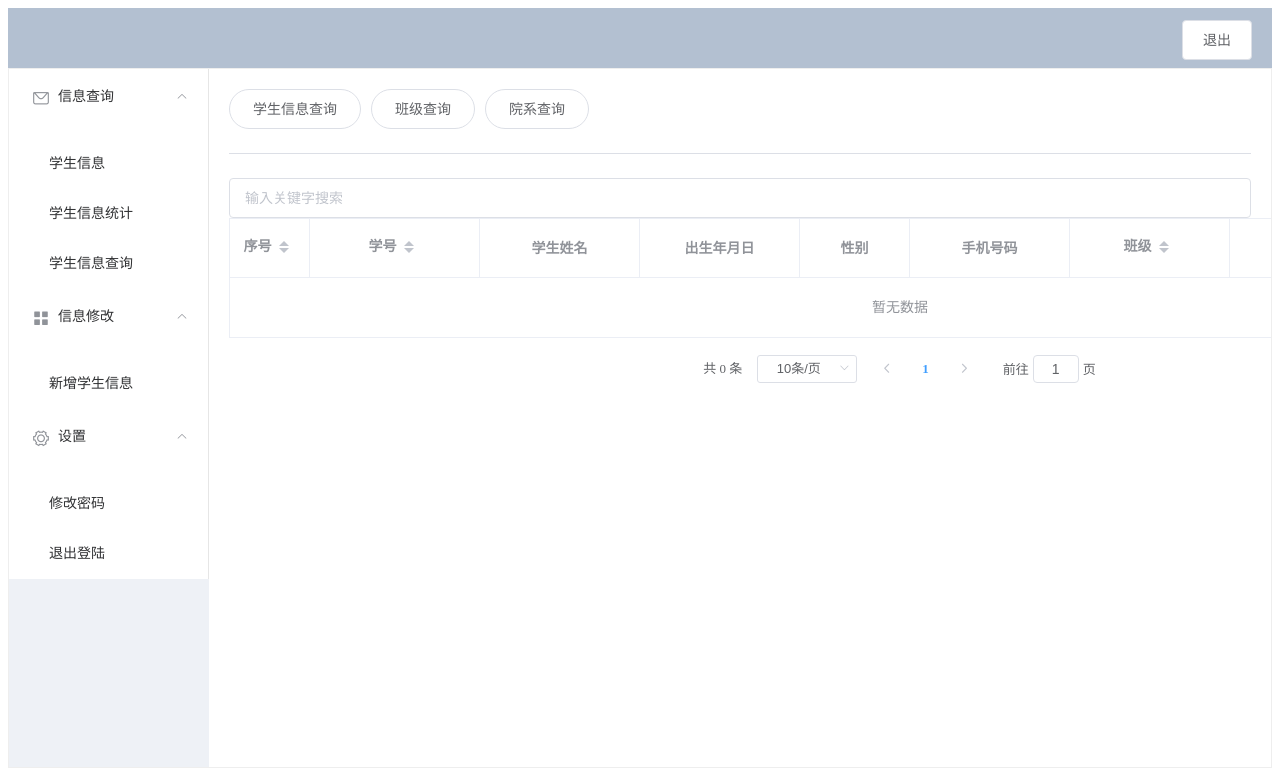
Repository: zhu-jun-xian/Student_information_management_system
Page: /selectstudent (app in front_end/front_end/)
These files come from the project's save history. The page is drawn as it stood at one moment and after a run of saves; the edit follows.
The browser window is 1280 px wide. The pictures show the whole page.
The page's requests for data from a server got no answer. The project was rebuilt for these pictures with package versions that can differ from the ones it lists, and the page was loaded fresh each time. No one was signed in, and anything a server would have sent is missing. Also part of the build but not shown: front_end/front_end/src/components/login.vue, front_end/front_end/src/components/register.vue.

Above is the page before, as saved 2020-11-23 19:15:58.

### front_end/front_end/index.html
<!DOCTYPE html>
<html>

<head>
    <meta charset="utf-8">
    <meta name="viewport" content="width=device-width,initial-scale=1.0">
    <script src="https://unpkg.com/axios/dist/axios.min.js"></script>
    <title>front_end</title>
</head>

<body>
    <div id="app"></div>
    <!-- built files will be auto injected -->
</body>

</html>

### front_end/front_end/src/App.vue
<template>
  <div id="app">

  <router-view/>
  </div>
</template>
<script>

export default {
  data(){
    return {

    }
  }

}
</script>

### front_end/front_end/src/components/User/selectstudent.vue
<template>
  <div class="hello">
    <div>
      <el-row>
        <el-button round  >学生信息查询</el-button>
        <el-button round   @click.native="selectclassVisible=true">班级查询</el-button>
        <el-button round   @click.native="selectgendVisible=true">院系查询</el-button> <el-divider></el-divider>
        <el-input  v-model="search" align="right" width="50px" placeholder="输入关键字搜索"/>
      </el-row>
    </div>
    <el-container>

   <div>
    <el-table border class="el-table-column" :data="stuData.slice((currentPage-1)*pageSize,currentPage*pageSize)" :default-sort = "{prop: 'date', order: 'descending'}" style="width: 100%" @row-click="rowclick">
      <el-table-column align="center" header-align="center" prop="stuNum" label="序号" width="80%" sortable></el-table-column>
      <el-table-column align="center" header-align="center" prop="stuID" label="学号"  width="170%" sortable></el-table-column>
      <el-table-column align="center" header-align="center" prop="stuName" label="学生姓名"  width="160%"></el-table-column>
      <el-table-column align="center" header-align="center" prop="stuBirth" label="出生年月日"  width="160%"></el-table-column>
      <el-table-column align="center" header-align="center" prop="stuSex" label="性别"  width="110%"></el-table-column>
      <el-table-column align="center" header-align="center" prop="stuTel" label="手机号码"  width="160%"></el-table-column>
      <el-table-column align="center" header-align="center" prop="stuClass" label="班级"  width="160%" sortable></el-table-column>
      <el-table-column align="center" header-align="center" prop="stuDep" label="系部"  width="160%" sortable></el-table-column>
      <el-table-column align="center" header-align="center" prop="" label="操作"  width="180%">
      <el-button
          size="mini"
          @click.native="UpdateVisible = true">Edit</el-button>

        <el-button
          size="mini"
          type="danger"
          @click.native.prevent="deleteRow()">Delete</el-button></el-table-column>
    </el-table>
    <div class="block" style="margin-top:15px;">
            <el-pagination align='center'
            @size-change="handleSizeChange"
            @current-change="handleCurrentChange"
            :current-page="currentPage"
            :page-sizes="[5,10,20,50]"
            :page-size="pageSize"
            layout="total, sizes, prev, pager, next, jumper"
            :total="stuData.length">
            </el-pagination>
        </div>
    </div>

</el-container>


<el-dialog title="修改学生信息" :visible.sync="UpdateVisible" width="35%">

        <el-form ref="Updateform" :model="Updateform" label-width="100px">
          <el-form-item label="学号" prop="studentnumber">
            <el-input v-model="rowID" plain disabled></el-input>
          </el-form-item>
          <el-form-item label="学生姓名" prop="name">
            <el-input v-model="Updateform.name"></el-input>
          </el-form-item>

          <el-form-item label="出生年月" prop="time" >
                       <el-input v-model="Updateform.time" placeholder="20200501"></el-input>
          </el-form-item>
           <el-form-item label="性别" prop="sex">
                <el-select v-model="Updateform.sex" placeholder="请选择" style="width:100%" >
                     <el-option label="男" value="男"></el-option>
                      <el-option label="女" value="女"></el-option>
                 </el-select>
          </el-form-item>
         <el-form-item label="手机号码" prop="tel">
            <el-input v-model="Updateform.tel"></el-input>
           </el-form-item>
           <el-form-item label="班级" prop="classnumber">
            <el-input v-model="Updateform.classnumber"></el-input>
           </el-form-item>
           <el-form-item label="系部" prop="department">
           <el-select v-model="Updateform.department" placeholder="请选择" style="width:100%" >
            <el-option label="智能制造学部" value="智能制造学部"></el-option>
            <el-option label="土木工程学院" value="土木工程学院"></el-option>
            <el-option label="经济管理学院" value="经济管理学院"></el-option>
            <el-option label="外国语学院" value="外国语学院"></el-option>
            <el-option label="艺术设计学院" value="艺术设计学院"></el-option>
          </el-select>
           </el-form-item>
          <el-form-item>
            <el-button type="primary" @click="updateusermessage">确认</el-button>
            <el-button @click="resetForm('Updateform')">清空</el-button>
          </el-form-item>
        </el-form>
      </span>
    </el-dialog>


  </div>
</template>

<script>
// import selectstudent from '@/components/User/selectstudent'
 export default {

   data() {
      return {
        rowID:'',
         stuData: [{
            stuNum: '',
            stuID: '',
            stuName: '',
            stuBirth:'',
            stuSex:'',
            stuTel:'',
            stuClass:'',
            stuDep:'',
          }],
          currentPage:1,
        pageSize:10,
        ifimg:true,
        stuData:[],
        tabPosition: 'left',
        // dialogVisible: false,
        UpdateVisible: false, //控制对话框的显示和隐藏
        dialog: false,
         imageUrl: '',
      Updateform: {
        studentnumber: "",
        name: "",
        time: "",
        sex: "",
        tel: "",
        classnumber: "",
        department: "",
      },

      };
    },


    methods: {
      updateusermessage(){
         let stuid=this.rowID
         console.log("updateusermessage:"+stuid)
axios({
          method:"post",
          url:"/api/updateMessagesById",
          data:{
            stuID:stuid,
            stuName:this.Updateform.name,
            stuBirth:this.Updateform.time,
            stuSex:this.Updateform.sex,
            stuTel:this.Updateform.tel,
            stuClass:this.Updateform.classnumber,
            stuDep:this.Updateform.department,
          }
        }).then(response=>{
          console.log(response.data)
          this.UpdateVisible=false
          if(response.data=="ok"){
alert("修改成功")
 axios({
          method:"get",
          url:"/api/findAll",
        }).then(response=>{
          let body = response.data;

          console.log(typeof (body));
         this.stuData=body
          console.log(JSON.stringify(body))
        }).catch(err=>{
          console.log("...err...",err)
        });
          }

        }).catch(err=>{
          console.log("...err...",err)
        });
      },



 //删除学生信息
      deleteRow(){
 let stuid=this.rowID
         console.log("deleteRow:"+stuid)
axios({
          method:"post",
          url:"/api/deleteMessagesById",
          data:{
            stuID:stuid
          }
        }).then(response=>{
          console.log(response.data)
          if(response.data=="ok"){
alert("删除成功")
 axios({
          method:"get",
          url:"/api/findAll",
        }).then(response=>{
          let body = response.data;

          console.log(typeof (body));
         this.stuData=body
          console.log(JSON.stringify(body))
        }).catch(err=>{
          console.log("...err...",err)
        });
          }

        }).catch(err=>{
          console.log("...err...",err)
        });
      },

//获取一行的学号
      rowclick(row){
        this.rowID=row.stuID
        console.log("rowclick:"+row.stuID)
        return row.stuID
      },


      handleClose(key, keyPath) {
        console.log(key, keyPath);
      },

//清空表单
    resetForm(formName) {
        this.$refs[formName].resetFields();
      },

            //分页
        handleSizeChange(val) {
         console.log(`每页 ${val} 条`);
         this.currentPage = 1;
         this.pageSize = val;
        },
        handleCurrentChange: function(val) {
            this.currentPage = val;
        },

    },
    //获取表格数据
    created(){
      var name = this.$route.query.username;
      console.log(name)
       this.username=name;
       console.log(this.username)
          axios({
          method:"get",
          url:"/api/findAll",
        }).then(response=>{
          let body = response.data;

          console.log(typeof (body));
         this.stuData=body
          console.log(JSON.stringify(body))
        }).catch(err=>{
          console.log("...err...",err)
        });
    },

  }

</script>


<!-- Add "scoped" attribute to limit CSS to this component only -->
<style>
.el-header {
    background-color: #B3C0D1;
    color: #333;
    line-height: 60px;
  }

  .el-aside {
    color: #333;
  }

  .avatar-uploader .el-upload {
    border: 1px dashed #d9d9d9;
    border-radius: 6px;
    cursor: pointer;
    position: relative;
    overflow: hidden;
  }
  .avatar-uploader .el-upload:hover {
    border-color: #409EFF;
  }
  .avatar-uploader-icon {
    font-size: 28px;
    color: #8c939d;
    width: 178px;
    height: 178px;
    line-height: 178px;
    text-align: center;
  }
  .avatar {
    width: 178px;
    height: 178px;
    display: block;
  }
</style>

### front_end/front_end/src/components/User/inforstudent.vue
<template>
  <div class="hello">
    <el-container>

   <div>
    <el-table border class="el-table-column" :data="stuData.slice((currentPage-1)*pageSize,currentPage*pageSize)" style="width: 100%" @row-click="rowclick">
      <el-table-column align="center" header-align="center" prop="stuNum" label="序号" width="80%"></el-table-column>
      <el-table-column align="center" header-align="center" prop="stuID" label="学号"  width="170%"></el-table-column>
      <el-table-column align="center" header-align="center" prop="stuName" label="学生姓名"  width="160%"></el-table-column>
      <el-table-column align="center" header-align="center" prop="stuBirth" label="出生年月日"  width="160%"></el-table-column>
      <el-table-column align="center" header-align="center" prop="stuSex" label="性别"  width="110%"></el-table-column>
      <el-table-column align="center" header-align="center" prop="stuTel" label="手机号码"  width="160%"></el-table-column>
      <el-table-column align="center" header-align="center" prop="stuClass" label="班级"  width="160%"></el-table-column>
      <el-table-column align="center" header-align="center" prop="stuDep" label="系部"  width="160%"></el-table-column>
      <el-table-column align="center" header-align="center" prop="" label="操作"  width="180%">
      <el-button
          size="mini"
          @click.native="UpdateVisible = true">Edit</el-button>

        <el-button
          size="mini"
          type="danger"
          @click.native.prevent="deleteRow()">Delete</el-button></el-table-column>
    </el-table>
    <div class="block" style="margin-top:15px;">
            <el-pagination align='center'
            @size-change="handleSizeChange"
            @current-change="handleCurrentChange"
            :current-page="currentPage"
            :page-sizes="[5,10,20,50]"
            :page-size="pageSize"
            layout="total, sizes, prev, pager, next, jumper"
            :total="stuData.length">
            </el-pagination>
        </div>
    </div>

</el-container>


<el-dialog title="修改学生信息" :visible.sync="UpdateVisible" width="35%">
      <span>
        <el-form ref="Updateform" :model="Updateform" label-width="100px">
          <el-form-item label="学号" prop="studentnumber">
            <el-input v-model="rowID" plain disabled></el-input>
          </el-form-item>
          <el-form-item label="学生姓名" prop="name">
            <el-input v-model="Updateform.name"></el-input>
          </el-form-item>

          <el-form-item label="出生年月" prop="time" >
                       <el-input v-model="Updateform.time" placeholder="20200501"></el-input>
          </el-form-item>
           <el-form-item label="性别" prop="sex">
                <el-select v-model="Updateform.sex" placeholder="请选择" style="width:100%" >
                     <el-option label="男" value="男"></el-option>
                      <el-option label="女" value="女"></el-option>
                 </el-select>
          </el-form-item>
         <el-form-item label="手机号码" prop="tel">
            <el-input v-model="Updateform.tel"></el-input>
          </el-form-item>
           <el-form-item label="班级" prop="classnumber">
            <el-input v-model="Updateform.classnumber"></el-input>
          </el-form-item>
          <el-form-item label="系部" prop="department">
       <el-select v-model="Updateform.department" placeholder="请选择" style="width:100%" >
            <el-option label="智能制造学部" value="智能制造学部"></el-option>
            <el-option label="土木工程学院" value="土木工程学院"></el-option>
            <el-option label="经济管理学院" value="经济管理学院"></el-option>
            <el-option label="外国语学院" value="外国语学院"></el-option>
            <el-option label="艺术设计学院" value="艺术设计学院"></el-option>
       </el-select>
       </el-form-item>
          <el-form-item>
            <el-button type="primary" @click="updateusermessage">确认</el-button>
            <el-button @click="resetForm('Updateform')">清空</el-button>
          </el-form-item>
        </el-form>
      </span>
    </el-dialog>


  </div>
</template>

<script>
// import selectstudent from '@/components/User/selectstudent'
 export default {

   data() {
      return {
        rowID:'',
         stuData: [{
            stuNum: '',
            stuID: '',
            stuName: '',
            stuBirth:'',
            stuSex:'',
            stuTel:'',
            stuClass:'',
            stuDep:'',
          }],
          currentPage:1,
        pageSize:10,
        ifimg:true,
        stuData:[],
        tabPosition: 'left',
        // dialogVisible: false,
        UpdateVisible: false, //控制对话框的显示和隐藏
        dialog: false,
         imageUrl: '',
      Updateform: {
        studentnumber: "",
        name: "",
        time: "",
        sex: "",
        tel: "",
        classnumber: "",
        department: "",
      },

      };
    },


    methods: {
      updateusermessage(){
         let stuid=this.rowID
         console.log("updateusermessage:"+stuid)
axios({
          method:"post",
          url:"/api/updateMessagesById",
          data:{
            stuID:stuid,
            stuName:this.Updateform.name,
            stuBirth:this.Updateform.time,
            stuSex:this.Updateform.sex,
            stuTel:this.Updateform.tel,
            stuClass:this.Updateform.classnumber,
            stuDep:this.Updateform.department,
          }
        }).then(response=>{
          console.log(response.data)
          this.UpdateVisible=false
          if(response.data=="ok"){
alert("修改成功")
 axios({
          method:"get",
          url:"/api/findAll",
        }).then(response=>{
          let body = response.data;

          console.log(typeof (body));
         this.stuData=body
          console.log(JSON.stringify(body))
        }).catch(err=>{
          console.log("...err...",err)
        });
          }

        }).catch(err=>{
          console.log("...err...",err)
        });
      },



 //删除学生信息
      deleteRow(){
 let stuid=this.rowID
         console.log("deleteRow:"+stuid)
axios({
          method:"post",
          url:"/api/deleteMessagesById",
          data:{
            stuID:stuid
          }
        }).then(response=>{
          console.log(response.data)
          if(response.data=="ok"){
alert("删除成功")
 axios({
          method:"get",
          url:"/api/findAll",
        }).then(response=>{
          let body = response.data;

          console.log(typeof (body));
         this.stuData=body
          console.log(JSON.stringify(body))
        }).catch(err=>{
          console.log("...err...",err)
        });
          }

        }).catch(err=>{
          console.log("...err...",err)
        });
      },

//获取一行的学号
      rowclick(row){
        this.rowID=row.stuID
        console.log("rowclick:"+row.stuID)
        return row.stuID
      },


      handleClose(key, keyPath) {
        console.log(key, keyPath);
      },

//清空表单
    resetForm(formName) {
        this.$refs[formName].resetFields();
      },

            //分页
        handleSizeChange(val) {
         console.log(`每页 ${val} 条`);
         this.currentPage = 1;
         this.pageSize = val;
        },
        handleCurrentChange: function(val) {
            this.currentPage = val;
        },

    },
    //获取表格数据
    created(){
      var name = this.$route.query.username;
      console.log(name)
       this.username=name;
       console.log(this.username)
          axios({
          method:"get",
          url:"/api/findAll",
        }).then(response=>{
          let body = response.data;

          console.log(typeof (body));
         this.stuData=body
          console.log(JSON.stringify(body))
        }).catch(err=>{
          console.log("...err...",err)
        });
    },

  }

</script>


<!-- Add "scoped" attribute to limit CSS to this component only -->
<style>
.el-header {
    background-color: #B3C0D1;
    color: #333;
    line-height: 60px;
  }

  .el-aside {
    color: #333;
  }

  .avatar-uploader .el-upload {
    border: 1px dashed #d9d9d9;
    border-radius: 6px;
    cursor: pointer;
    position: relative;
    overflow: hidden;
  }
  .avatar-uploader .el-upload:hover {
    border-color: #409EFF;
  }
  .avatar-uploader-icon {
    font-size: 28px;
    color: #8c939d;
    width: 178px;
    height: 178px;
    line-height: 178px;
    text-align: center;
  }
  .avatar {
    width: 178px;
    height: 178px;
    display: block;
  }
</style>

Loaded but not shown: front_end/front_end/src/router/index.js (39 lines, source omitted); front_end/front_end/src/main.js (20 lines, source omitted); front_end/front_end/src/components/user.vue (430 lines, source omitted)

After the next 4 saves:
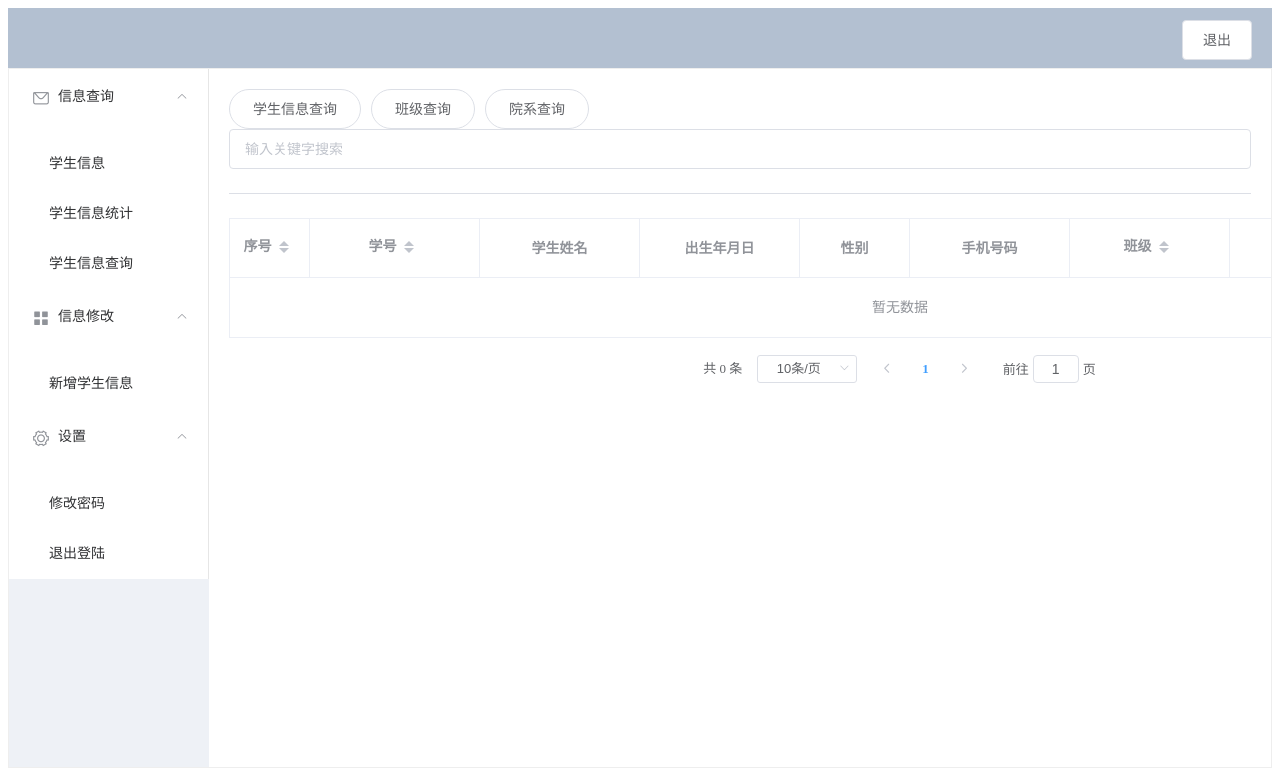
The 4 saves are shown as one change because they came seconds apart.
The last was saved 11 s later.
--- a/front_end/front_end/src/components/User/selectstudent.vue
+++ b/front_end/front_end/src/components/User/selectstudent.vue
@@ -4,8 +4,10 @@
       <el-row>
         <el-button round  >学生信息查询</el-button>
         <el-button round   @click.native="selectclassVisible=true">班级查询</el-button>
-        <el-button round   @click.native="selectgendVisible=true">院系查询</el-button> <el-divider></el-divider>
+        <el-button round   @click.native="selectgendVisible=true">院系查询</el-button>
         <el-input  v-model="search" align="right" width="50px" placeholder="输入关键字搜索"/>
+         <el-divider></el-divider>
+
       </el-row>
     </div>
     <el-container>
